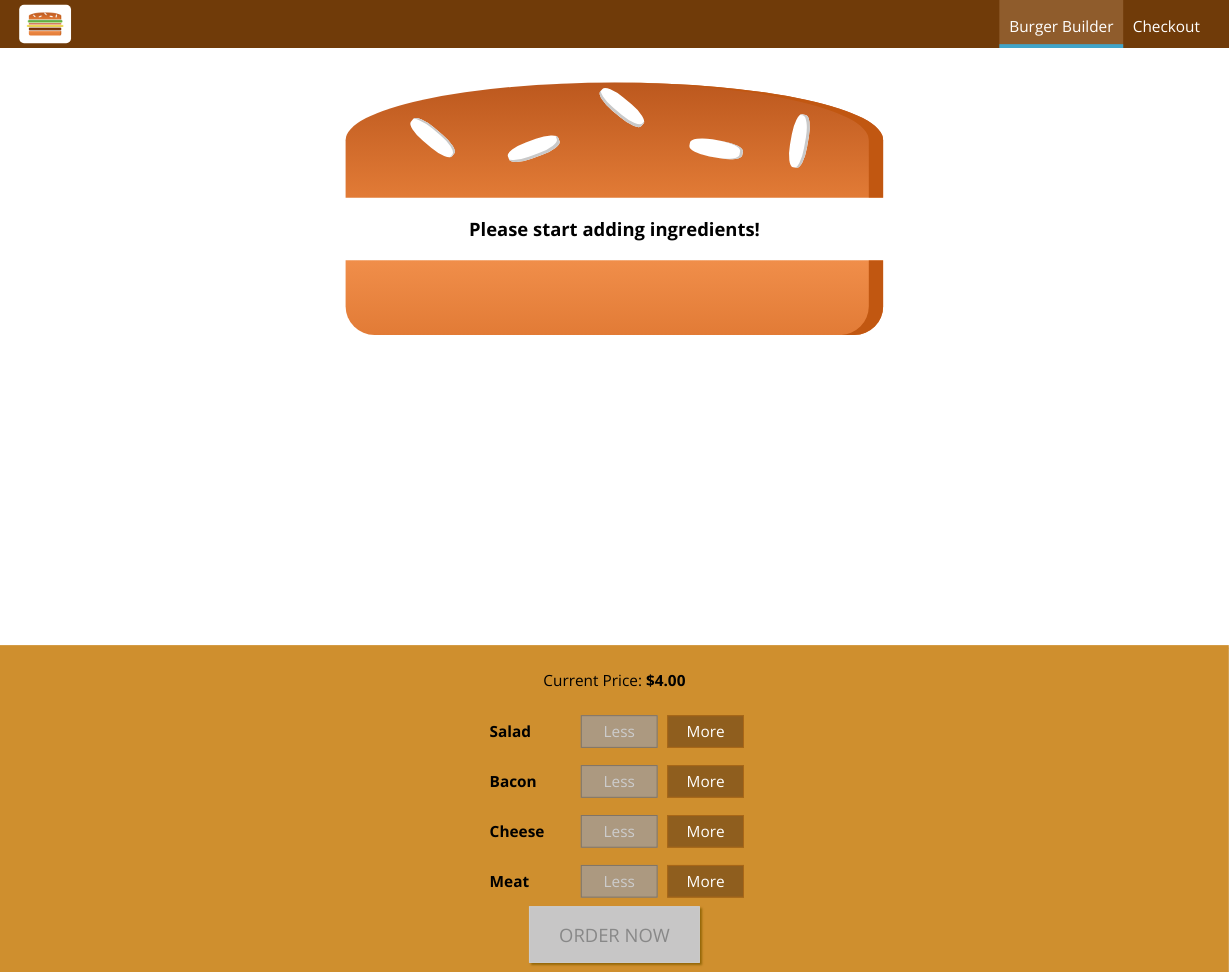
Repository: AbdulMutaal/Burger-Builder
Page: /
These files come from the project's save history. The page is drawn as it stood at one moment and after the next save; the edit follows.
The browser window is 1280 px wide. The pictures show the whole page, at 96% of full size.
The project was rebuilt for these pictures with package versions that can differ from the ones it lists, and the page was loaded fresh each time.

Above is the page before, as saved 2021-12-09 08:28:36.

After the next save:
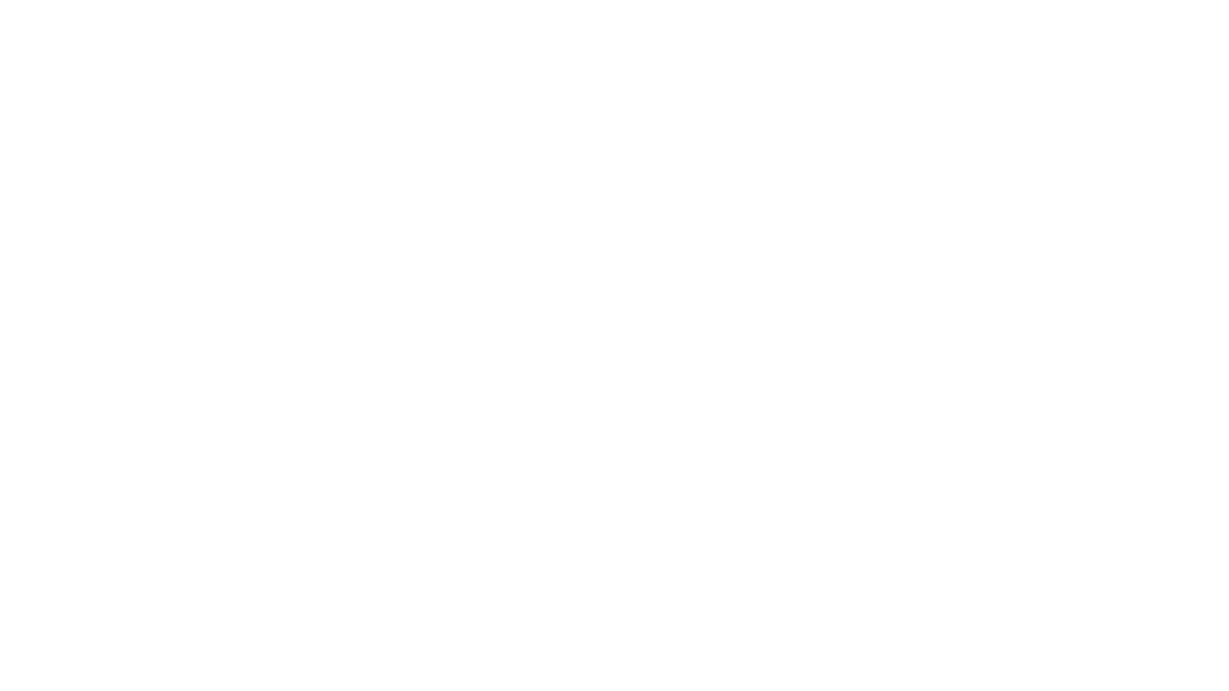
Console error: ReferenceError: modal is not defined
Saved 64 s later.
--- a/src/components/UI/Modal/Modal.js
+++ b/src/components/UI/Modal/Modal.js
@@ -4,18 +4,22 @@
 import Auxiliary from '../../../hoc/Auxiliary';
 import Backdrop from '../Backdrop/Backdrop';
 
-const modal = (props) => (
-    <Auxiliary>
-        <Backdrop show={props.show} clicked={props.modalClosed} />
-        <div
-            className={classes.Modal}
-            style={{
-                transform: props.show ? 'translateY(0)' : 'translateY(-100vh)',
-                opacity: props.show ? '1' : '0'
-            }}>
-            {props.children}
-        </div>
-    </Auxiliary>
-);
+class Modal extends Component {
+    render () {
+        return (
+            <Auxiliary>
+                <Backdrop show={props.show} clicked={props.modalClosed} />
+                <div
+                    className={classes.Modal}
+                    style={{
+                        transform: props.show ? 'translateY(0)' : 'translateY(-100vh)',
+                        opacity: props.show ? '1' : '0'
+                    }}>
+                    {props.children}
+                </div>
+            </Auxiliary>
+        );
+    }
+};
 
 export default modal;

After the 4 saves that followed:
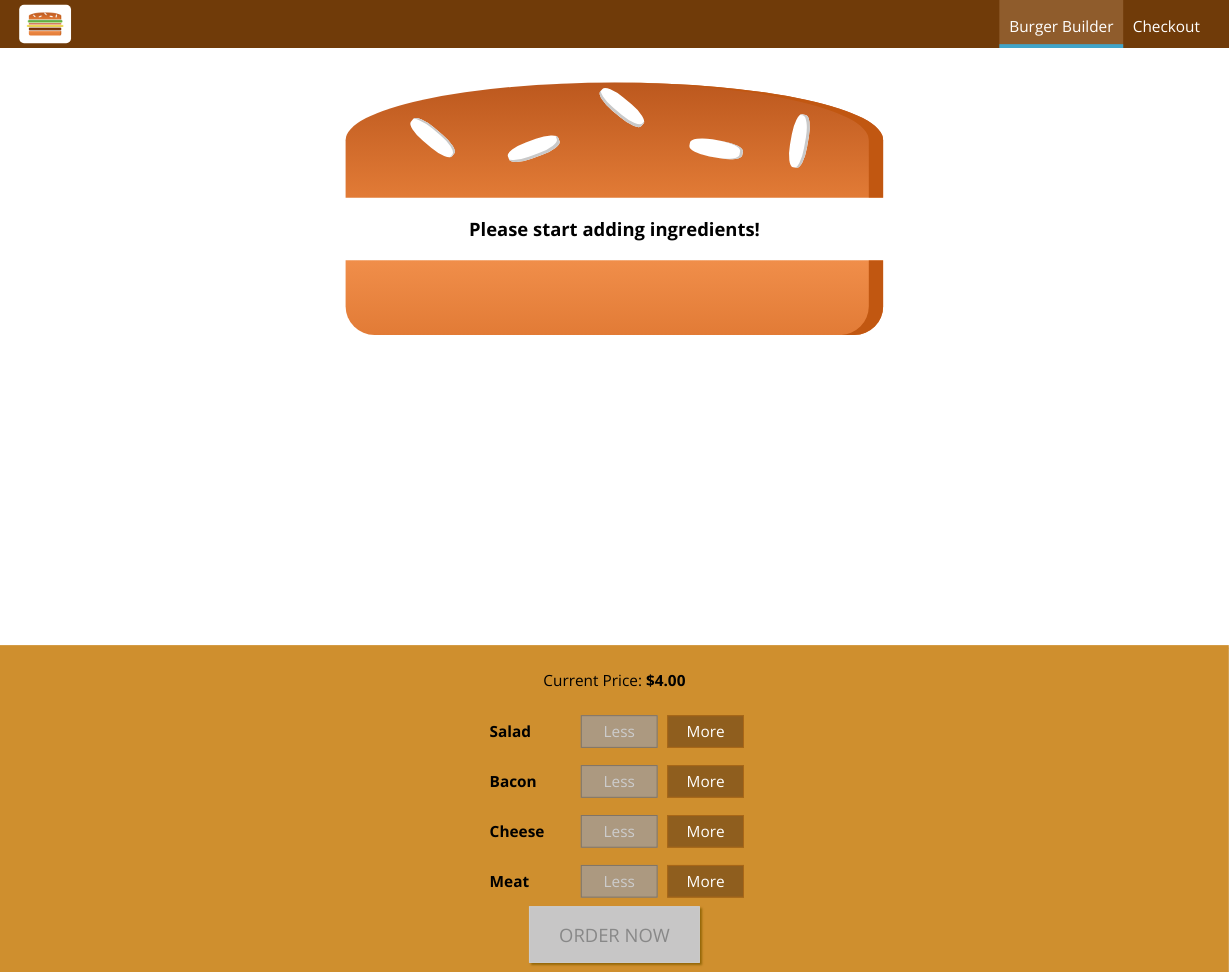
The error is gone.
The 4 saves are shown as one change because 3 left the picture as it was.
The last was saved 2 min 16 s later.
--- a/src/components/UI/Modal/Modal.js
+++ b/src/components/UI/Modal/Modal.js
@@ -5,21 +5,30 @@
 import Backdrop from '../Backdrop/Backdrop';
 
 class Modal extends Component {
+
+    shouldComponentUpdate (nextProps, nextState) {
+        return nextProps.show !== this.props.show;
+    }
+
+    componentDidUpdate () {
+        console.log('[Modal] Will Update');
+    }
+
     render () {
         return (
             <Auxiliary>
-                <Backdrop show={props.show} clicked={props.modalClosed} />
+                <Backdrop show={this.props.show} clicked={this.props.modalClosed} />
                 <div
                     className={classes.Modal}
                     style={{
-                        transform: props.show ? 'translateY(0)' : 'translateY(-100vh)',
-                        opacity: props.show ? '1' : '0'
+                        transform: this.props.show ? 'translateY(0)' : 'translateY(-100vh)',
+                        opacity: this.props.show ? '1' : '0'
                     }}>
-                    {props.children}
+                    {this.props.children}
                 </div>
             </Auxiliary>
         );
     }
 };
 
-export default modal;
+export default Modal;
